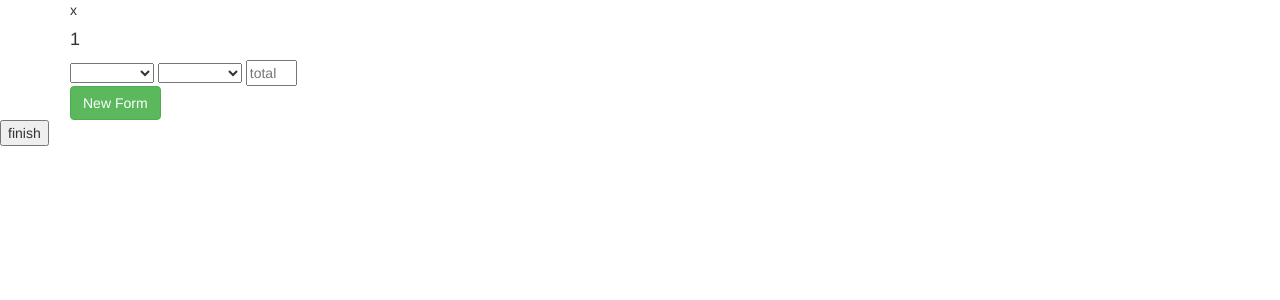
Repository: RezaEftekharzadeh/frey
Page: http://localhost/SilencerStoreProject/frontend/shopForCustomers.jsp
These files come from the project's save history. The page is drawn as it stood at one moment and after the next save; the edit follows.
The browser window is 1280 px wide. The pictures show the whole page.
Some web libraries are served in a nearby version. The page is served by Tomcat 9. Nobody is signed in. The application's start-up code is not run.

Above is the page before, as saved 2020-08-04 17:25:15.

After the next save:
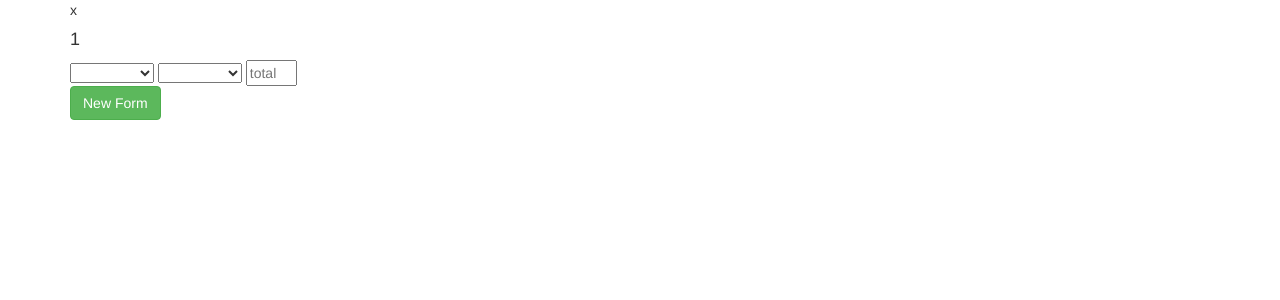
Saved 2 h 38 min later.
--- a/SilencerStoreProject/WebContent/frontend/shopForCustomers.jsp
+++ b/SilencerStoreProject/WebContent/frontend/shopForCustomers.jsp
@@ -12,7 +12,7 @@
 </head>
 <body>
 
-<form action="/frontend/shop" method="post">
+<!--  <form action="/frontend/shop" method="post"> -->
   <div class="container">
 
 
@@ -56,7 +56,7 @@
 
 
 	</div>
-<input type="submit" value="finish" >
+<!-- <input type="submit" value="finish" > -->
 </form>
 
 	<script>
